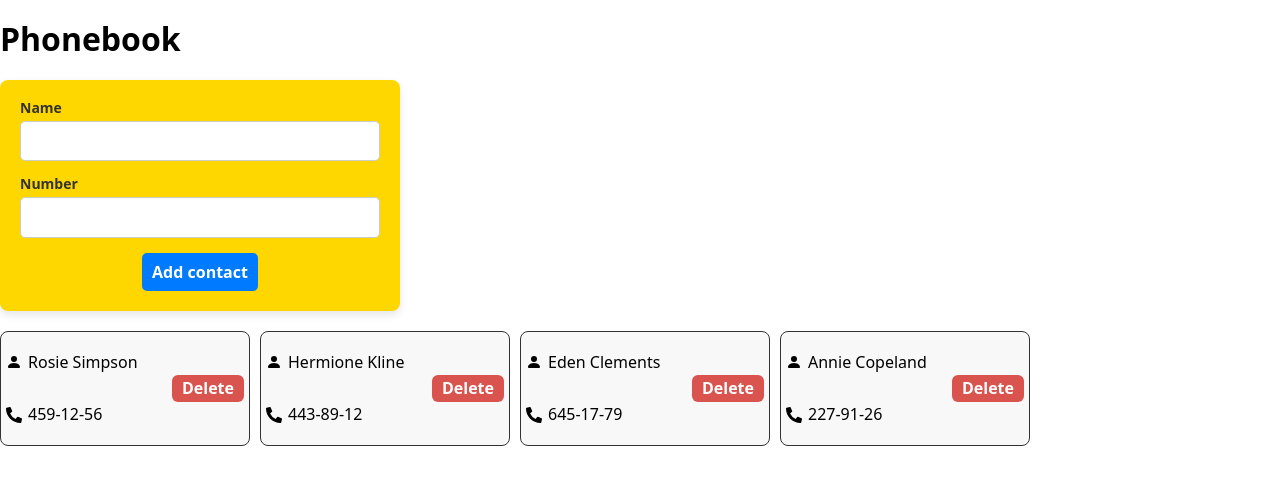
Repository: Evgeniya-Tishakova/goit-react-hw-03
Page: /
An editor plug-in stored every save of this project. The page is shown before and after the next save, followed by the edit.
The browser window is 1280 px wide. The pictures show the whole page.
The project was rebuilt for these pictures with package versions that can differ from the ones it lists, and the page was loaded fresh each time. Also part of the build but not shown: vite.config.js, src/index.css, src/components/App/App.module.css.

Above is the page before, as saved 2025-03-09 15:55:17.

### src/main.jsx
import { StrictMode } from "react";
import { createRoot } from "react-dom/client";
import "./index.css";
import App from "./components/App/App";
import "modern-normalize";

createRoot(document.getElementById("root")).render(
  <StrictMode>
    <App />
  </StrictMode>
);

### src/components/App/App.jsx
import { useState } from "react";
import { nanoid } from "nanoid";

import css from "./App.module.css";
import ContactForm from "../ContactForm/ContactForm";
import ContactList from "../ContactList/ContactList";

export default function App() {
  const [users, setUsers] = useState([
    { id: "id-1", name: "Rosie Simpson", number: "459-12-56" },
    { id: "id-2", name: "Hermione Kline", number: "443-89-12" },
    { id: "id-3", name: "Eden Clements", number: "645-17-79" },
    { id: "id-4", name: "Annie Copeland", number: "227-91-26" },
  ]);
  const [filterContacts, setFilterContacts] = useState("");

  const addUser = (newUser) => {
    setUsers((prevUsers) => {
      return [...prevUsers, newUser];
    });
  };

  const deleteUser = (userId) => {
    console.log(userId);
  };

  const searchUsers = users.filter((user) => user.name.toLowerCase());

  return (
    <>
      <div className={css.container}>
        <h1 className={css.title}>Phonebook</h1>
        <ContactForm onAdd={addUser} />
        <ContactList users={users} onDelete={deleteUser} />
      </div>
    </>
  );
}

### src/components/ContactForm/ContactForm.jsx
import { Formik, Form, Field, ErrorMessage } from "formik";
import css from "./ContactForm.module.css";
import * as Yup from "yup";
import { nanoid } from "nanoid";

const UserSchema = Yup.object().shape({
  name: Yup.string()
    .min(3, "Too Short!")
    .max(50, "Too Long!")
    .required("Required"),
  number: Yup.number()
    .min(3, "Too short")
    .max(50, "Too long")
    .required("Required"),
});

export default function ContactForm({ onAdd }) {
  const initialValues = {
    name: "",
    number: "",
  };

  const handleSubmit = (values, actions) => {
    console.log("handleSubmit", values);

    onAdd(values, (id = nanoid));
    actions.resetForm();
  };

  // const handleSubmit =(event) => {
  // event.preventDefault();
  //   onAdd({
  //     name: event.target.elements.name.value;
  //     number: event.target.elements.number.value;
  //   })
  // }

  return (
    <Formik
      initialValues={initialValues}
      onSubmit={handleSubmit}
      validation={UserSchema}
    >
      {(props) => (
        <Form className={css.form} onSubmit={props.handleSubmit}>
          <div className={css.container}>
            <label className={css.label}>Name</label>
            <Field className={css.input} type="text" name="name" />
            <ErrorMessage className={css.error} name="name" component="span" />
          </div>
          <div className={css.container}>
            <label className={css.label}>Number</label>
            <Field className={css.input} type="text" name="number" />
            <ErrorMessage
              className={css.error}
              name="number"
              component="span"
            />
          </div>

          <button className={css.button} type="submit">
            Add contact
          </button>
        </Form>
      )}
    </Formik>
  );
}

### src/components/ContactList/ContactList.jsx
import css from "./ContactList.module.css";
import Contact from "../Contact/Contact";

export default function ContactList({ users, onDelete }) {
  return (
    <ul className={css.list}>
      {users.map((user) => (
        <li className={css.item}>
          <Contact
            key={user.id}
            name={user.name}
            number={user.number}
            onDelete={onDelete}
          />
        </li>
      ))}
    </ul>
  );
}

### src/components/ContactForm/ContactForm.module.css
.form {
    display: flex;
    flex-direction: column;
    align-items: center;
    gap: 15px;
    background-color: gold;
    padding: 20px;
    border-radius: 8px;
    box-shadow: 0 4px 8px rgba(0, 0, 0, 0.1);
    max-width: 400px;
    margin-left: 0;
}

.form:hover {

    transform: scale(1.02);
}

.container {
    display: flex;
    flex-direction: column;
    width: 100%;
}


.label {
    font-size: 14px;
    font-weight: 600;
    color: #333;
    margin-bottom: 5px;
}

.input {
    width: 100%;
    padding: 10px;
    border: 1px solid #ccc;
    border-radius: 5px;
    font-size: 16px;
    transition: border 0.3s ease;
}

.input:focus {
    border-color: #007bff;
    outline: none;
}

.button {

    padding: 10px;
    background-color: #007bff;
    color: white;
    font-size: 16px;
    font-weight: bold;
    border: none;
    border-radius: 5px;
    cursor: pointer;
    transition: background 0.3s ease;
}

.button:hover {
    background-color: #0056b3;
}

.button:active {
    background-color: #004494;
}


.error {
    font-size: 14px;
    color: orangered;
}

### src/components/ContactList/ContactList.module.css
.list {
    display: flex;
    flex-wrap: wrap;
    gap: 10px;
    padding: 0;
    margin-top: 20px;
    justify-content: flex-start;
    list-style: none;
}

.item {
    flex: 1 1 calc(33.333% - 10px);
    /* По 3 контакта в ряд */
    max-width: 250px;
    min-width: 200px;
}

### src/components/Contact/Contact.jsx
import css from "./Contact.module.css";
import { BsPersonFill } from "react-icons/bs";
import { FaPhoneAlt } from "react-icons/fa";

export default function Contact({ id, name, number, onDelete }) {
  return (
    <div className={css.contact}>
      <div className={css.container}>
        <p className={css.text}>
          <BsPersonFill className={css.icon} />
          {name}
        </p>
        <p className={css.text}>
          <FaPhoneAlt className={css.icon} />
          {number}
        </p>
      </div>

      <button className={css.button} onClick={() => onDelete(id)}>
        Delete
      </button>
    </div>
  );
}

### src/components/Contact/Contact.module.css
.contact {
    display: flex;
    justify-content: space-between;
    align-items: center;
    padding: 5px;
    border: 1px solid #333;
    border-radius: 8px;
    background-color: #f8f8f8;
    width: 100%;
    transition: background-color 0.3s ease-in-out, transform 0.2s ease-in-out;
}

.contact:hover {
    background-color: #e0e0e0;
    transform: scale(1.02);
}


.container {
    display: flex;
    flex-direction: column;
    gap: 2px;
}

.text {
    display: flex;
    align-items: center;
    gap: 6px;
}


.button {
    padding: 4px 10px;
    background-color: #d9534f;
    border: none;
    color: white;
    font-weight: bold;
    border-radius: 6px;
    cursor: pointer;
    transition: background 0.3s ease-in-out, transform 0.2s ease-in-out;
}

.button:hover {
    background-color: #c9302c;
    transform: scale(1.05);
}

Loaded but not shown: index.html (common file)

After the next save:
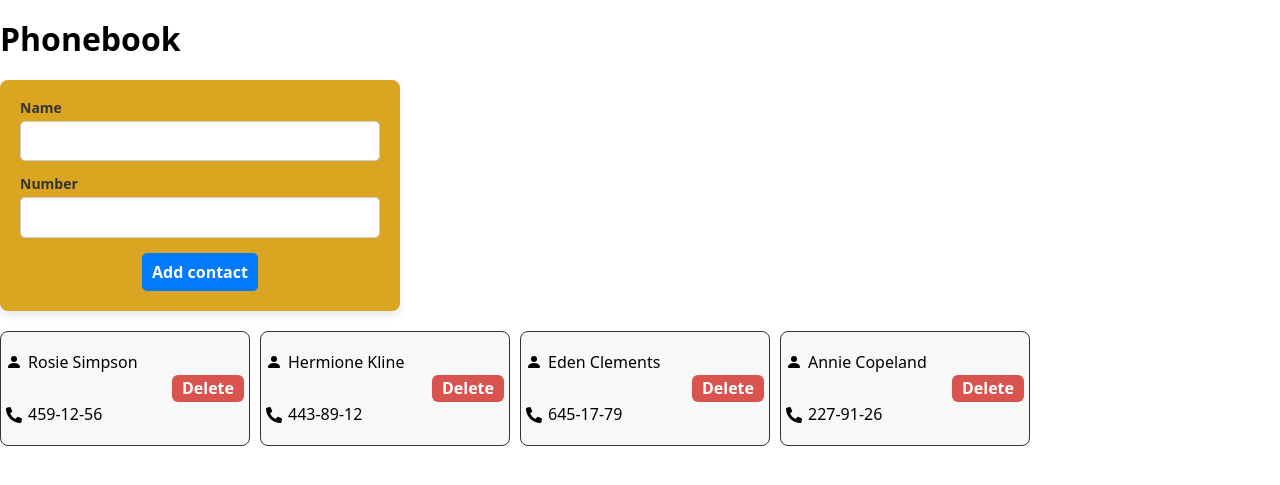
Saved 22 s later.
--- a/src/components/ContactForm/ContactForm.module.css
+++ b/src/components/ContactForm/ContactForm.module.css
@@ -3,7 +3,7 @@
     flex-direction: column;
     align-items: center;
     gap: 15px;
-    background-color: gold;
+    background-color: goldenrod;
     padding: 20px;
     border-radius: 8px;
     box-shadow: 0 4px 8px rgba(0, 0, 0, 0.1);
